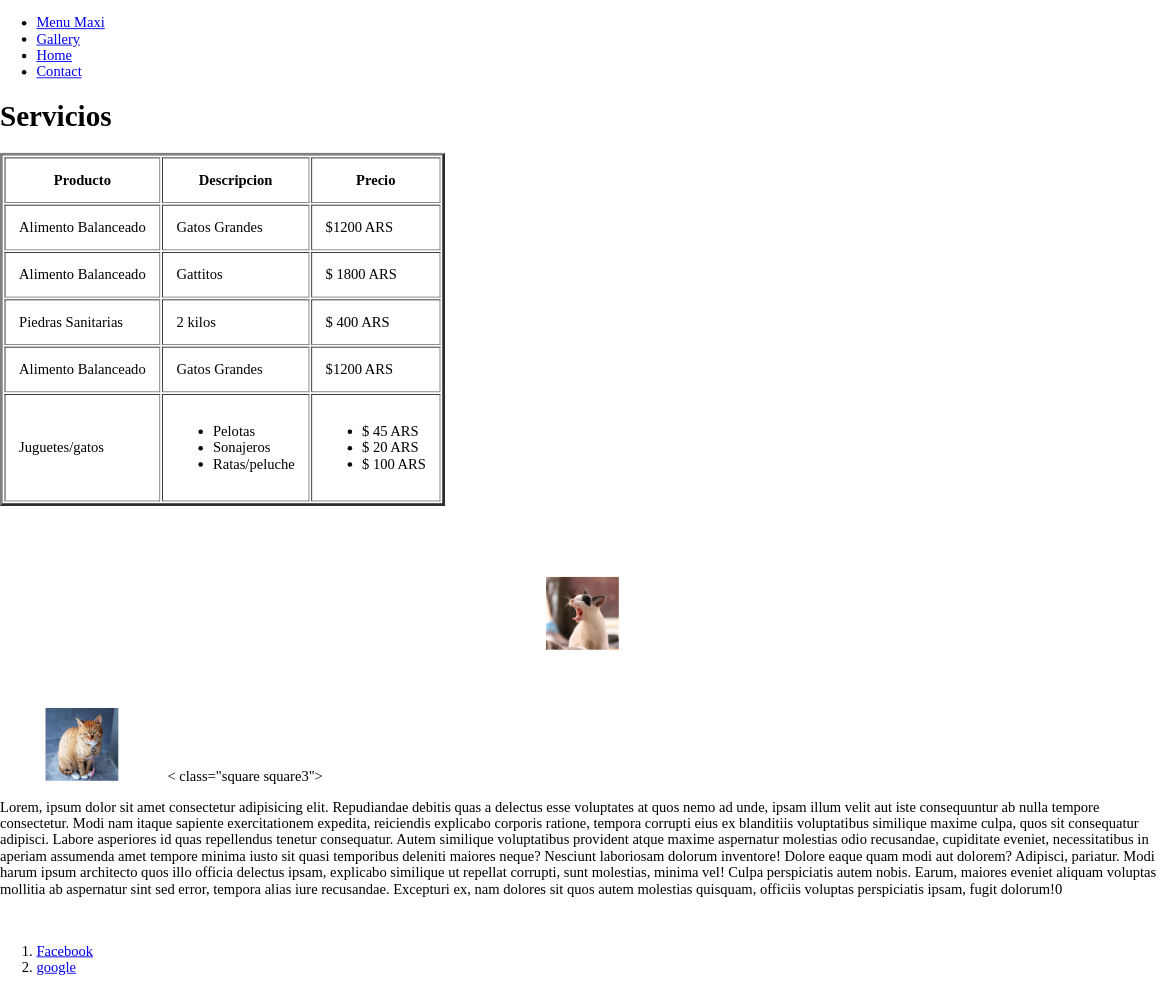
Repository: raul4264/final
Page: Services.html
These files come from the project's save history. The page is drawn as it stood at one moment and after the next save; the edit follows.
The browser window is 1280 px wide. The pictures show the whole page, at 91% of full size.

Above is the page before, as saved 2021-03-25 13:35:45.

After the next save:
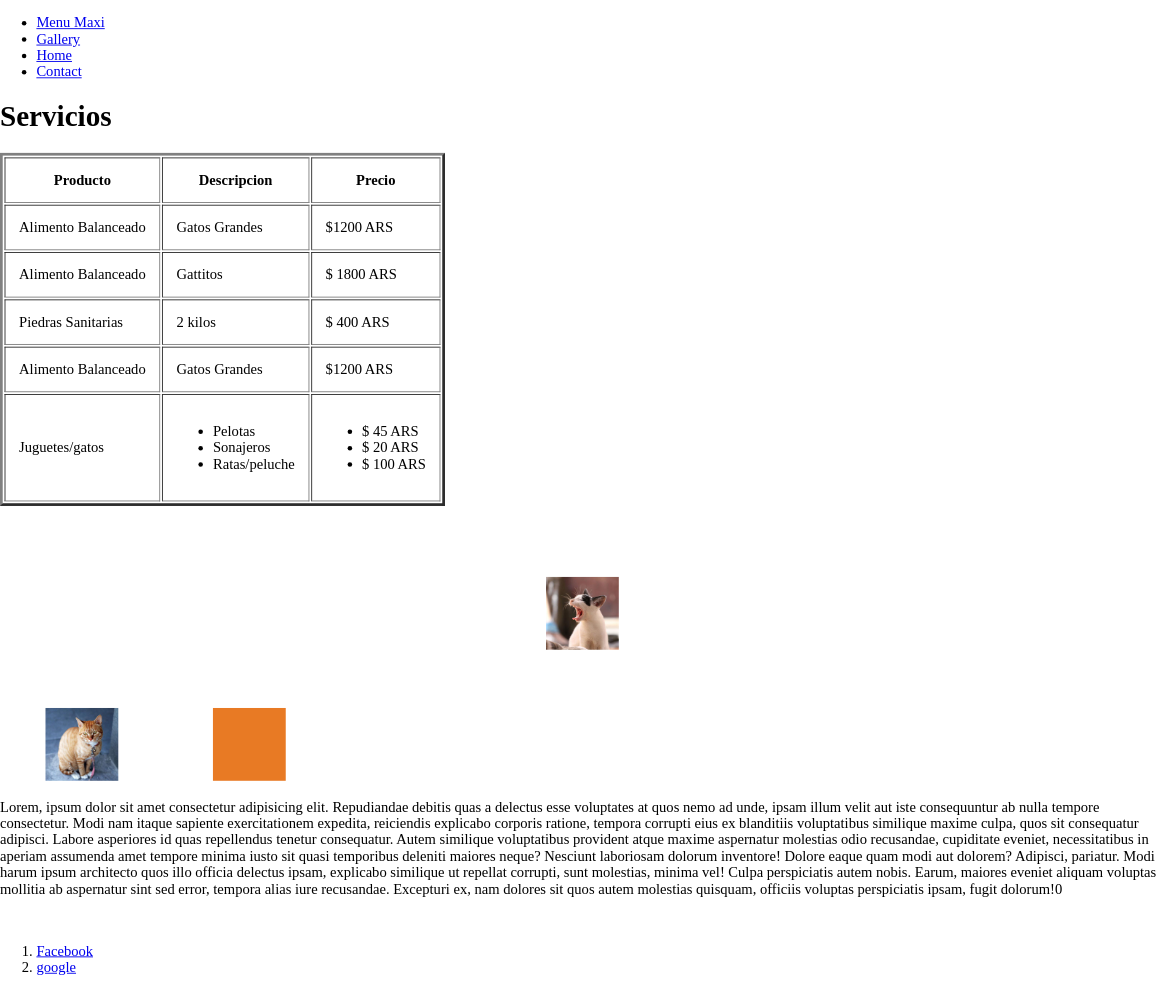
Saved 13 s later.
--- a/Services.html
+++ b/Services.html
@@ -84,7 +84,7 @@
 
          <img src="images/2.jpg" class="square square1" alt="Sample photo"></div>
             <img src="images/3.jpg" class="square square2" alt="Sample photo"></div>
-           < class="square square3"> <p>Lorem, ipsum dolor sit amet consectetur adipisicing elit. Repudiandae debitis quas a delectus esse voluptates
+           <p class="square square3"> <p>Lorem, ipsum dolor sit amet consectetur adipisicing elit. Repudiandae debitis quas a delectus esse voluptates
                 at quos nemo ad unde, ipsam illum velit aut iste consequuntur ab nulla tempore consectetur.
                 Modi nam itaque sapiente exercitationem expedita, reiciendis explicabo corporis ratione, tempora corrupti
                 eius ex blanditiis voluptatibus similique maxime culpa, quos sit consequatur adipisci. Labore asperiores id
